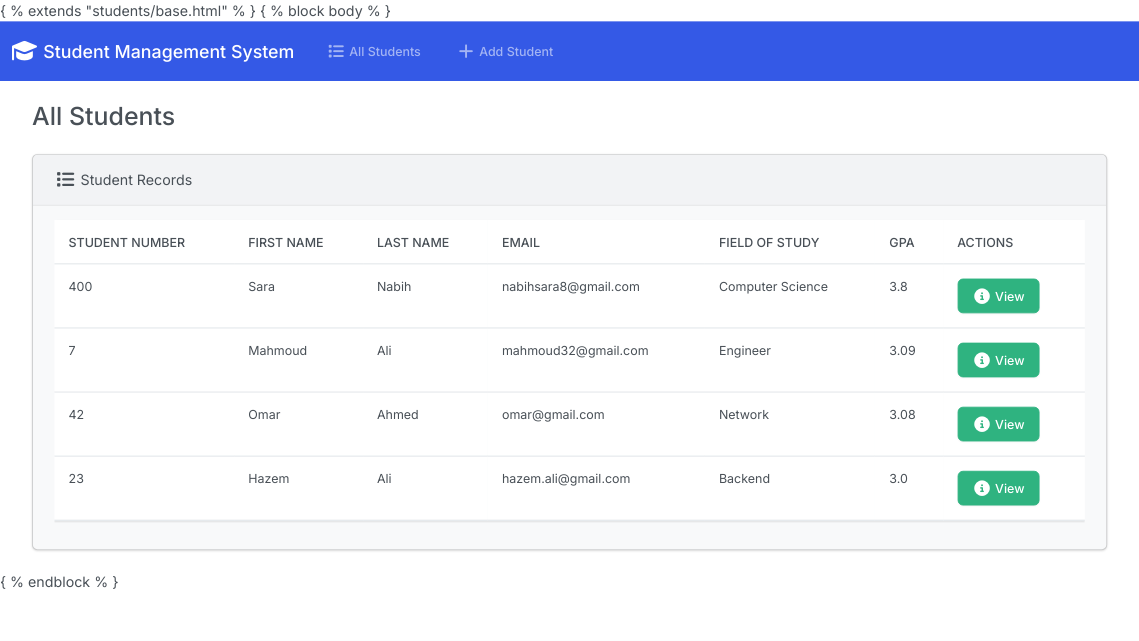
Repository: saraanbih/Student-Management-System
Page: http://localhost/
These files come from the project's save history. The page is drawn as it stood at one moment and after a run of saves; the edit follows.
The browser window is 1280 px wide. The pictures show the whole page, at 89% of full size.
Some web libraries are served in a nearby version. The page is served by the project's application, run on Django 5.2 (manage.py). The page reads the database file committed with the project.

Above is the page before, as saved 2025-09-12 14:14:18.

After the next 2 saves:
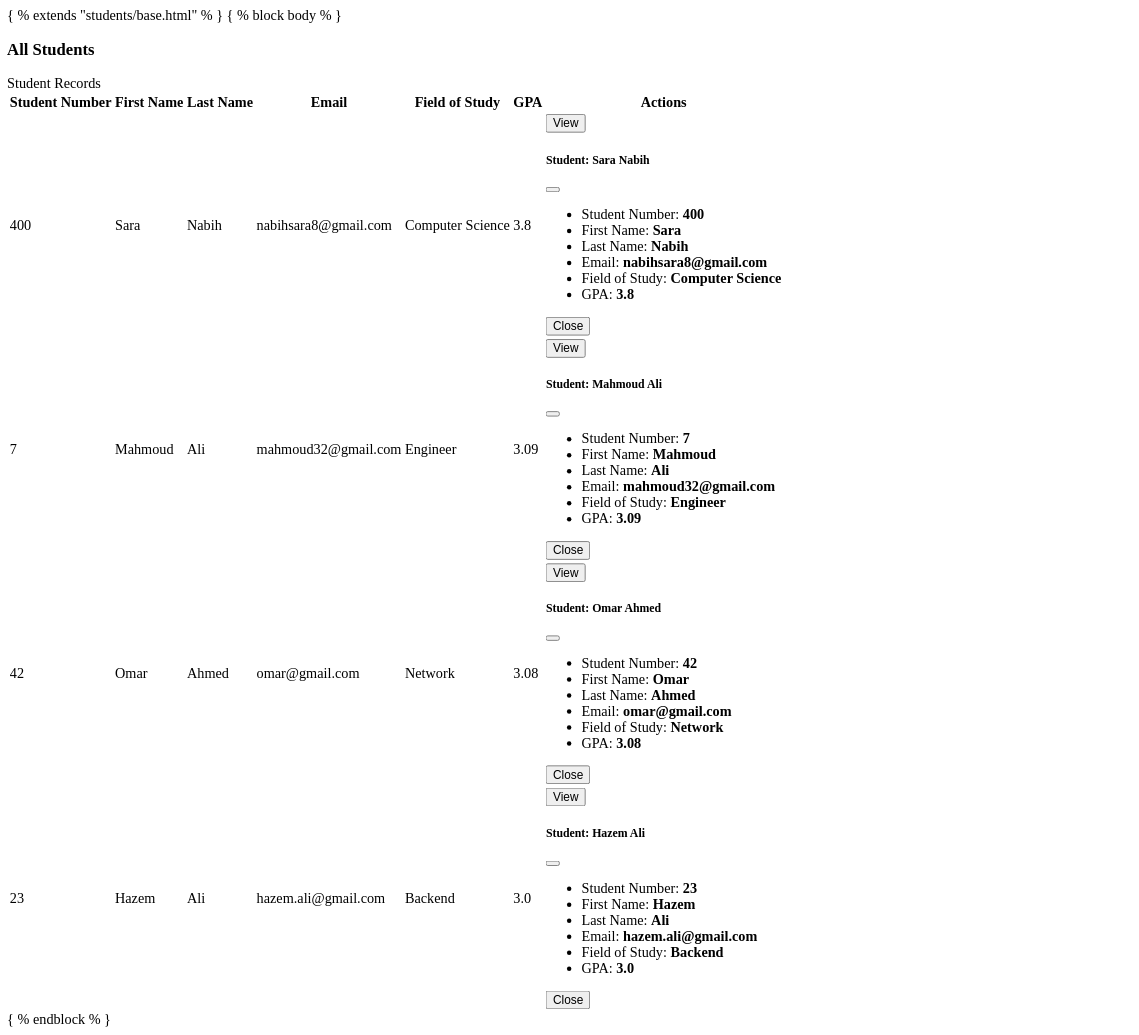
The 2 saves are shown as one change because they came seconds apart.
The last was saved 42 s later.
--- a/students/templates/students/index.html
+++ b/students/templates/students/index.html
@@ -1,53 +1,6 @@
 { % extends "students/base.html" % }
 
 { % block body % }
-  {% load static %}
-<!DOCTYPE html>
-<html lang="en">
-  <head>
-    <meta charset="UTF-8" />
-    <meta name="viewport" content="width=device-width, initial-scale=1.0" />
-    <title>Student Management System</title>
-    <link rel="stylesheet" href="https://cdnjs.cloudflare.com/ajax/libs/font-awesome/7.0.1/css/all.min.css" />
-    <link href="{% static 'css/bootstrap.min.css' %}" rel="stylesheet" />
-  </head>
-  <body class="d-flex flex-column min-vh-100">
-    <!-- Navbar -->
-    <nav class="navbar navbar-expand-lg bg-primary" data-bs-theme="dark">
-      <div class="container-fluid">
-        <a class="navbar-brand" href="#">
-          <i class="fa-solid fa-graduation-cap fa-lg"></i> Student Management System
-        </a>
-        <button
-          class="navbar-toggler"
-          type="button"
-          data-bs-toggle="collapse"
-          data-bs-target="#navbarColor01"
-          aria-controls="navbarColor01"
-          aria-expanded="false"
-          aria-label="Toggle navigation"
-        >
-          <span class="navbar-toggler-icon"></span>
-        </button>
-        <div class="collapse navbar-collapse" id="navbarColor01">
-          <ul class="navbar-nav me-auto">
-            <li class="nav-item">
-              <a class="nav-link" href="#">
-                <i class="fa-solid fa-list fa-lg"></i> All Students
-              </a>
-            </li>
-            <li class="nav-item">
-              <a class="nav-link" href="#">
-                <i class="fa-solid fa-plus fa-lg"></i> Add Student
-              </a>
-            </li>
-          </ul>
-        </div>
-      </div>
-    </nav>
-
-    <!-- Page Content -->
-    <div class="container-fluid">
       <h3 class="m-4">All Students</h3>
       <div class="row">
         <div class="col-12">
